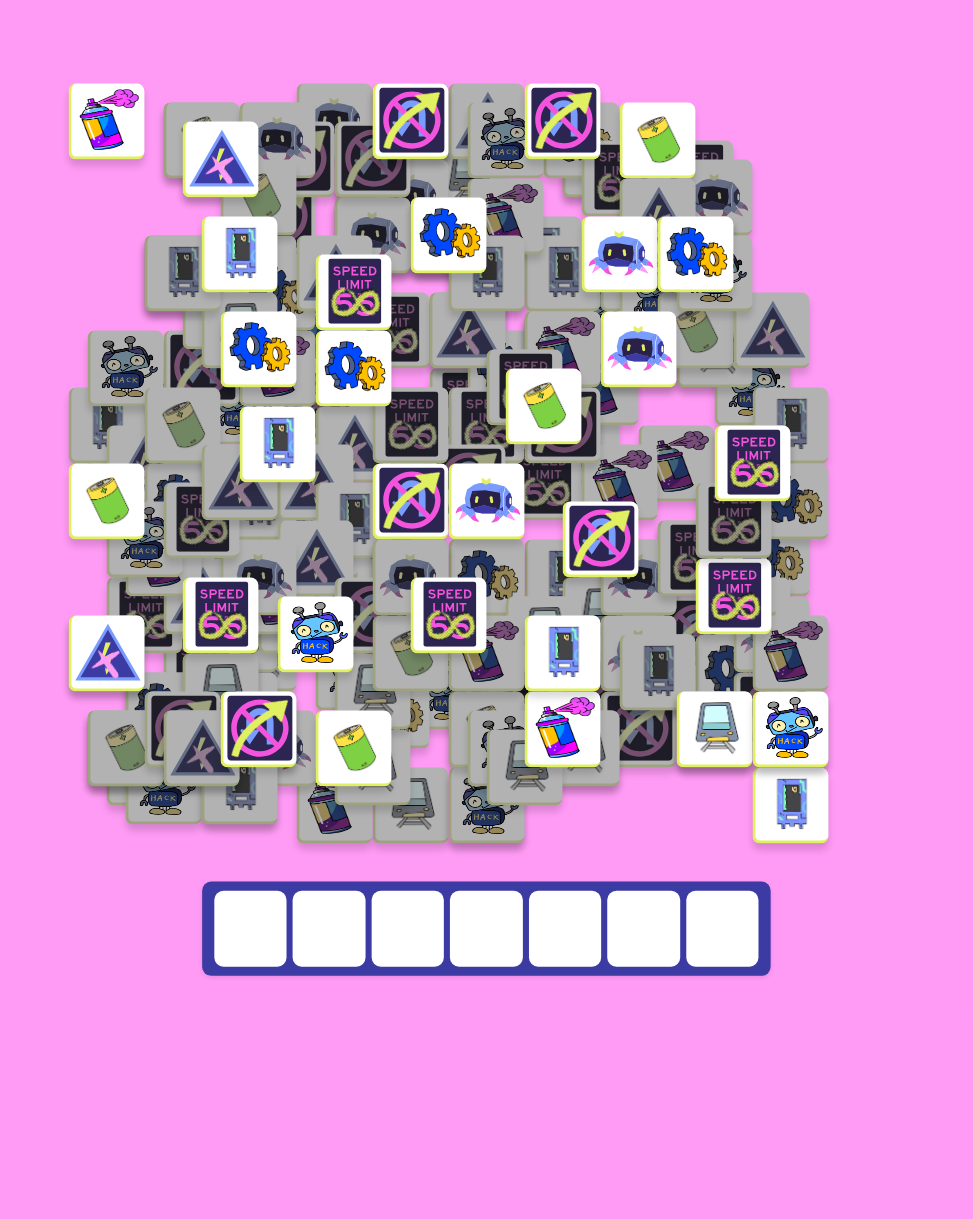
Repository: Avril-Cui/hack-puzzle
Page: / (app in client/)
An editor plug-in stored every save of this project. The page is shown before and after the next save, followed by the edit.
The browser window is 1280 px wide. The pictures show the whole page, at 76% of full size.
The project was rebuilt for these pictures with package versions that can differ from the ones it lists, and the page was loaded fresh each time. The framework's server and built-in components were replaced by stand-ins that run in the browser. Also part of the build but not shown: client/next.config.ts.

Above is the page before, as saved 2025-06-11 20:40:10.

After the next save:
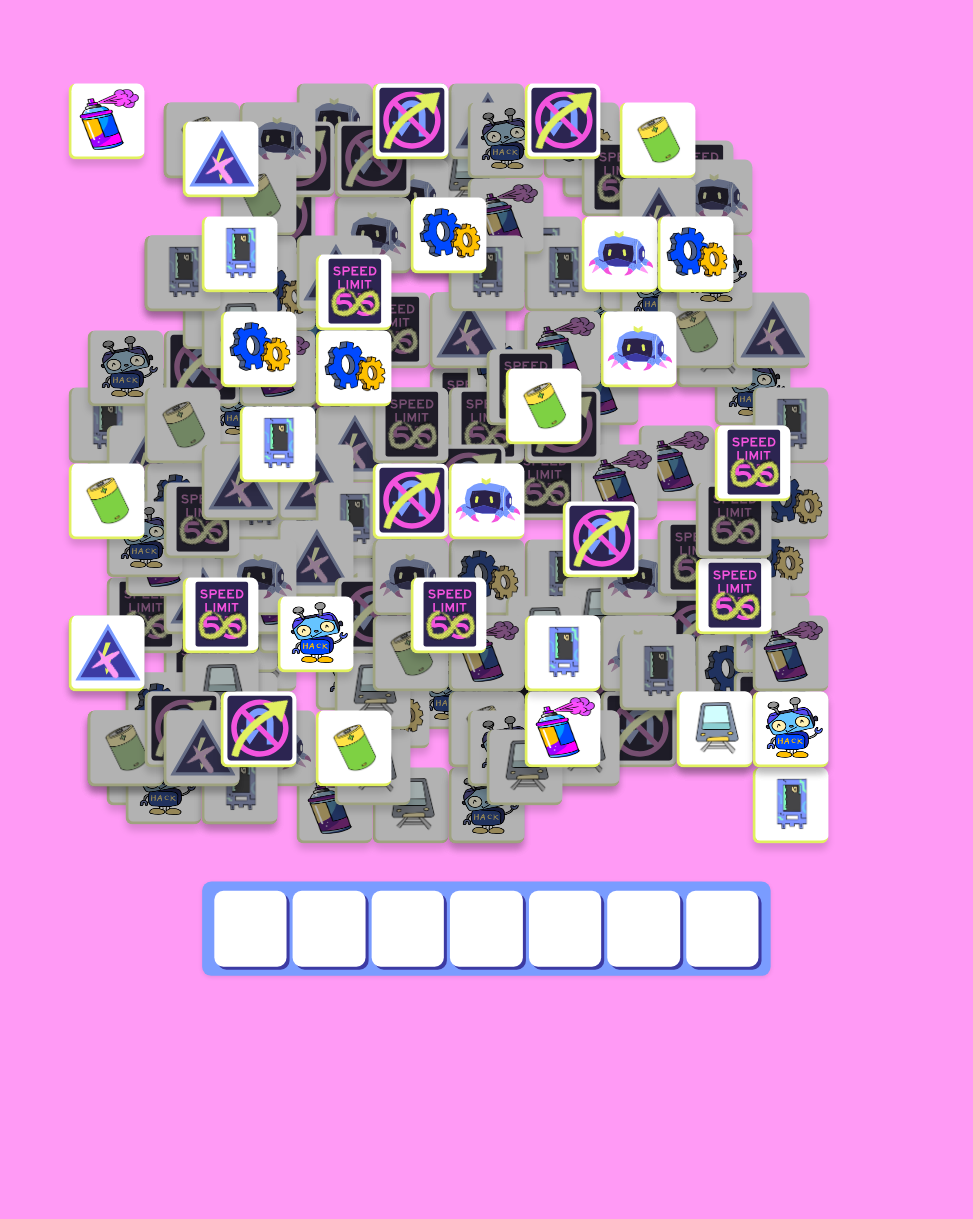
Saved 11 s later.
--- a/client/components/Game.module.css
+++ b/client/components/Game.module.css
@@ -69,7 +69,7 @@
   justify-content: flex-start;
   gap: 8px;
   padding: 12px 16px;
-  background-color: #3c3aa3;
+  background-color: #7A9CFF;
   border-radius: 12px;
   width: calc((100px * 7) + (8px * 6)); /* = 748px */
   min-height: 100px; /* same as tile height */
